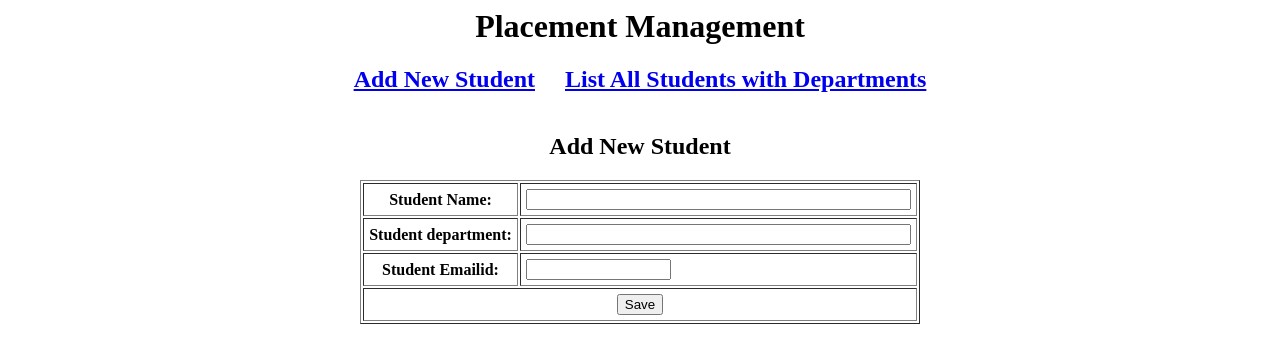
Repository: ashish086/javabascis
Page: http://localhost/placement/
These files come from the project's save history. The page is drawn as it stood at one moment and after the next save; the edit follows.
The browser window is 1280 px wide. The pictures show the whole page.
The page is served by Tomcat 9. Other server files are loaded and not shown.

Above is the page before, as saved 2021-08-26 05:58:13.

### placement/WebContent/user-form.jsp
<%@ page language="java" contentType="text/html; charset=UTF-8"
    pageEncoding="UTF-8"%>
<%@ taglib uri="http://java.sun.com/jsp/jstl/core" prefix="c" %>
<html>
<head>
 <title>Placement Management Application</title>
</head>
<body>
 <center>
  <h1>Placement Management</h1>
        <h2>
         <a href="new">Add New Student</a>
         &nbsp;&nbsp;&nbsp;
         <a href="list">List All Students with Departments</a>

        </h2>
 </center>
    <div align="center">
  <c:if test="${user != null}">
   <form action="update" method="post">
        </c:if>
        <c:if test="${user == null}">
   <form action="insert" method="post">
        </c:if>
        <table border="1" cellpadding="5">
            <caption>
             <h2>
              <c:if test="${user != null}">
               Edit Details
              </c:if>
              <c:if test="${user == null}">
               Add New Student
              </c:if>
             </h2>
            </caption>
          <c:if test="${user != null}">
           <input type="hidden" name="id" value="<c:out value='${user.id}' />" />
          </c:if>
            <tr>
                <th>Student Name: </th>
                <td>
                 <input type="text" name="name" size="45"
                   value="<c:out value='${user.name}' />"
                  />
                </td>
            </tr>
            <tr>
                <th>Student department: </th>
                <td>
                 <input type="text" name="department" size="45"
                   value="<c:out value='${user.department}' />"
                 />
                </td>
            </tr>
            <tr>
                <th>Student Emailid: </th>
                <td>
                 <input type="text" name="emailid" size="15"
                   value="<c:out value='${user.emailid}' />"
                 />
                </td>
            </tr>
            <tr>
             <td colspan="2" align="center">
              <input type="submit" value="Save" />
             </td>
            </tr>
        </table>
        </form>
    </div>
</body>
</html>

After the next save:
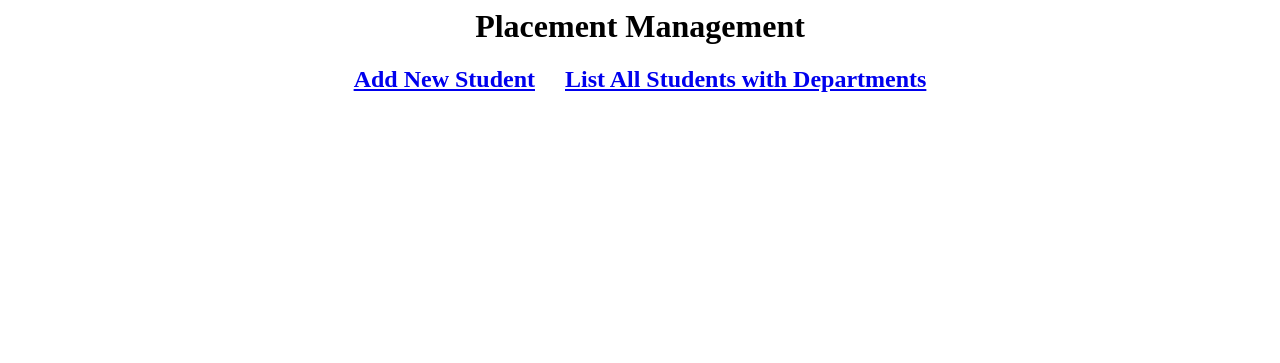
Saved 20 min 3 s later.
--- a/placement/WebContent/user-form.jsp
+++ b/placement/WebContent/user-form.jsp
@@ -15,58 +15,6 @@
 
         </h2>
  </center>
-    <div align="center">
-  <c:if test="${user != null}">
-   <form action="update" method="post">
-        </c:if>
-        <c:if test="${user == null}">
-   <form action="insert" method="post">
-        </c:if>
-        <table border="1" cellpadding="5">
-            <caption>
-             <h2>
-              <c:if test="${user != null}">
-               Edit Details
-              </c:if>
-              <c:if test="${user == null}">
-               Add New Student
-              </c:if>
-             </h2>
-            </caption>
-          <c:if test="${user != null}">
-           <input type="hidden" name="id" value="<c:out value='${user.id}' />" />
-          </c:if>
-            <tr>
-                <th>Student Name: </th>
-                <td>
-                 <input type="text" name="name" size="45"
-                   value="<c:out value='${user.name}' />"
-                  />
-                </td>
-            </tr>
-            <tr>
-                <th>Student department: </th>
-                <td>
-                 <input type="text" name="department" size="45"
-                   value="<c:out value='${user.department}' />"
-                 />
-                </td>
-            </tr>
-            <tr>
-                <th>Student Emailid: </th>
-                <td>
-                 <input type="text" name="emailid" size="15"
-                   value="<c:out value='${user.emailid}' />"
-                 />
-                </td>
-            </tr>
-            <tr>
-             <td colspan="2" align="center">
-              <input type="submit" value="Save" />
-             </td>
-            </tr>
-        </table>
-        </form>
-    </div>
+
 </body>
 </html>
